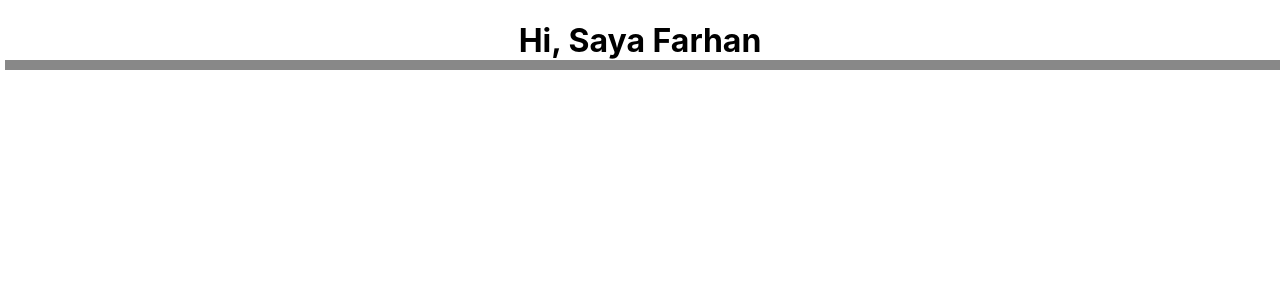
Repository: mfarhannr/Tugas-Reactjs_Farhan
Page: /
These files come from the project's save history. The page is drawn as it stood at one moment and after the next save; the edit follows.
The browser window is 1280 px wide. The pictures show the whole page.
The project was rebuilt for these pictures with package versions that can differ from the ones it lists, and the page was loaded fresh each time.

Above is the page before, as saved 2024-05-03 14:56:26.

### src/App.js
import './App.css';

function App() {
  return (
    <div className="App">
      <h1>Hi, Saya Farhan</h1>

    </div>
  );
}

export default App;

### src/App.css
.App {
  text-align: center;
  box-shadow: 5px 10px #888888
}

.App-logo {
  height: 40vmin;
  pointer-events: none;
}

@media (prefers-reduced-motion: no-preference) {
  .App-logo {
    animation: App-logo-spin infinite 20s linear;
  }
}

.App-header {
  background-color: #282c34;
  min-height: 100vh;
  display: flex;
  flex-direction: column;
  align-items: center;
  justify-content: center;
  font-size: calc(10px + 2vmin);
  color: white;
}

.App-link {
  color: #61dafb;
}

@keyframes App-logo-spin {
  from {
    transform: rotate(0deg);
  }
  to {
    transform: rotate(360deg);
  }
}

Loaded but not shown: public/index.html (common file); src/index.js (common file); src/index.css (common file); src/reportWebVitals.js (common file)

After the next save:
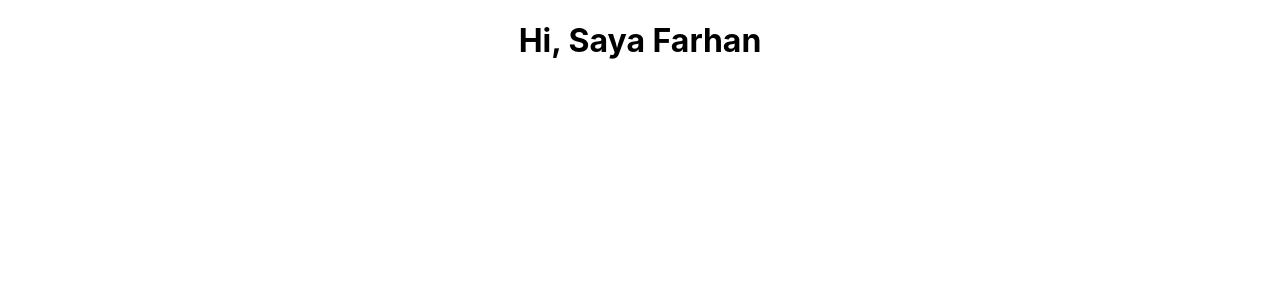
Saved 40 s later.
--- a/src/App.css
+++ b/src/App.css
@@ -1,6 +1,6 @@
 .App {
   text-align: center;
-  box-shadow: 5px 10px #888888
+  box-shadow: 1px;
 }
 
 .App-logo {
